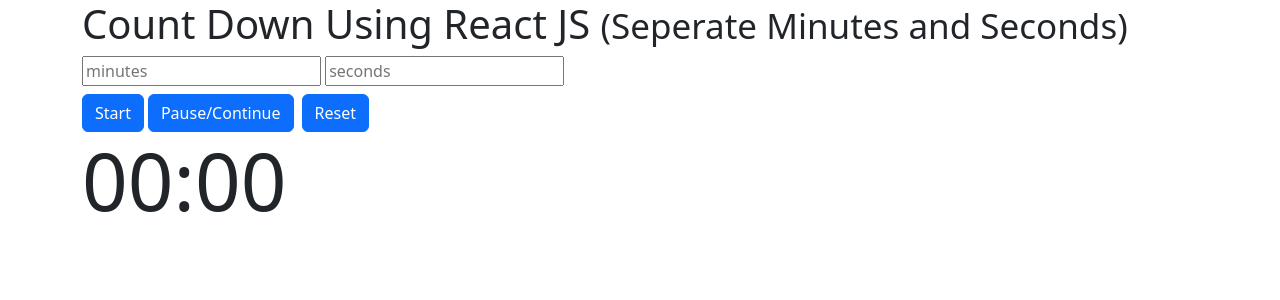
Repository: maheshdama13/reactjs-count-down
Page: /
The author's editor kept a copy of each file at every save. The page is drawn from the files as they stood at one save, then again after the next save.
The browser window is 1280 px wide. The pictures show the whole page.
The project was rebuilt for these pictures with package versions that can differ from the ones it lists, and the page was loaded fresh each time. Also part of the build but not shown: src/App.css.

Above is the page before, as saved 2022-07-01 02:23:12.

### src/App.js
import logo from './logo.svg';
import './App.css';
import CountDown from './components/CountDown';

function App() {
  return (
    <CountDown />
  );
}

export default App;

### src/components/CountDown.js
import React, {useState, useEffect, useRef} from 'react'

export default function CountDown() {
  const [timer, setTimer] = useState(0);
  const [formattedTimer, setFormattedTimer] = useState("00:00");
  const [isTimerRunning, setIsTimerRunning] = useState(0);

  const formData = useRef(null)

  useEffect(() => {
    let interval = 0;
    if(isTimerRunning === 1) {
      interval = setInterval(() => {
        if(timer > 0)
          setTimer(timer-1);
        }, 1000);
      }


    setFormattedTimer(formatTimer(timer))
    return () => clearInterval(interval);
  }, [timer, isTimerRunning]);

  const formatTimer = (timeData) => {
    let m = Math.floor(timeData % 3600 / 60);
    m = (m<=9) ? '0'+m : m;
    let s = Math.floor(timeData % 3600 % 60);
    s = (s<=9) ? '0'+s : s;
    return m+':'+s;
  }

  const startHandler = () => {
    setIsTimerRunning(1);
    const form = formData.current
    let minutes = form['minutes'].value;
    let seconds = form['seconds'].value;
    let timerVal = Number(minutes*60) + Number(seconds);
    setTimer(timerVal);
  }

  const pauseHandler = () => {
    setIsTimerRunning(prevState => {
      if(prevState === 1) {
        return 0
      } else {
        return 1;
      }
    });
  }

  const resetHandler = () => {
    formData.current.reset();
    setIsTimerRunning(0);
    setTimer(0);
  }

  return (
    <div className='container'>
    <h1>Count Down Using React JS <small>(Seperate Minutes and Seconds)</small></h1>
      <form ref={formData}>
        <div class="d-flex">
          <input className=' d-inline' name='minutes' type="number" placeholder='minutes' />&nbsp;
          <input className=' d-inline' name='seconds' type="number" placeholder='seconds' />&nbsp;
        </div>
        <div className='mt-2'>
          <button type="button" className='btn btn-primary mr-1' onClick={startHandler}>Start</button>
          <button type="button" className='btn btn-primary mx-1' onClick={pauseHandler}>Pause/Continue</button>
          <button type="button" className='btn btn-primary mx-1' onClick={resetHandler}>Reset</button>
        </div>
      </form>


      <h1 className='display-1'>{formattedTimer}</h1>
    </div>
  )
}

Loaded but not shown: public/index.html (common file); src/index.js (common file); src/index.css (common file); src/reportWebVitals.js (common file)

After the next save:
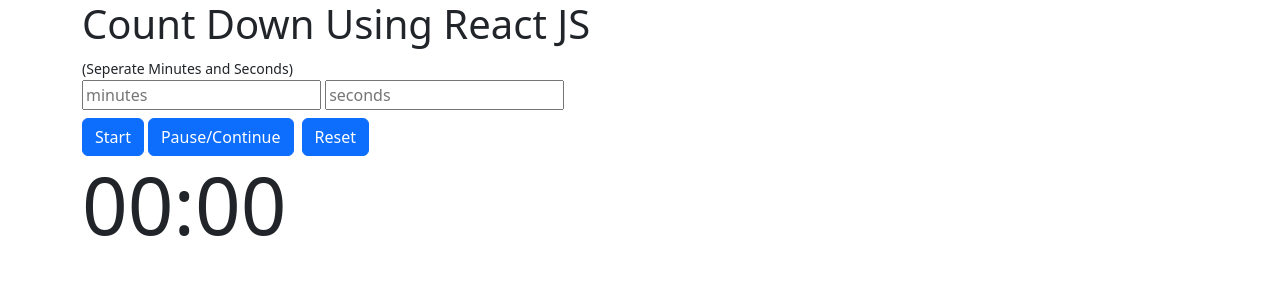
Saved 10 s later.
--- a/src/components/CountDown.js
+++ b/src/components/CountDown.js
@@ -56,7 +56,8 @@
 
   return (
     <div className='container'>
-    <h1>Count Down Using React JS <small>(Seperate Minutes and Seconds)</small></h1>
+    <h1>Count Down Using React JS</h1>
+    <small>(Seperate Minutes and Seconds)</small>
       <form ref={formData}>
         <div class="d-flex">
           <input className=' d-inline' name='minutes' type="number" placeholder='minutes' />&nbsp;
